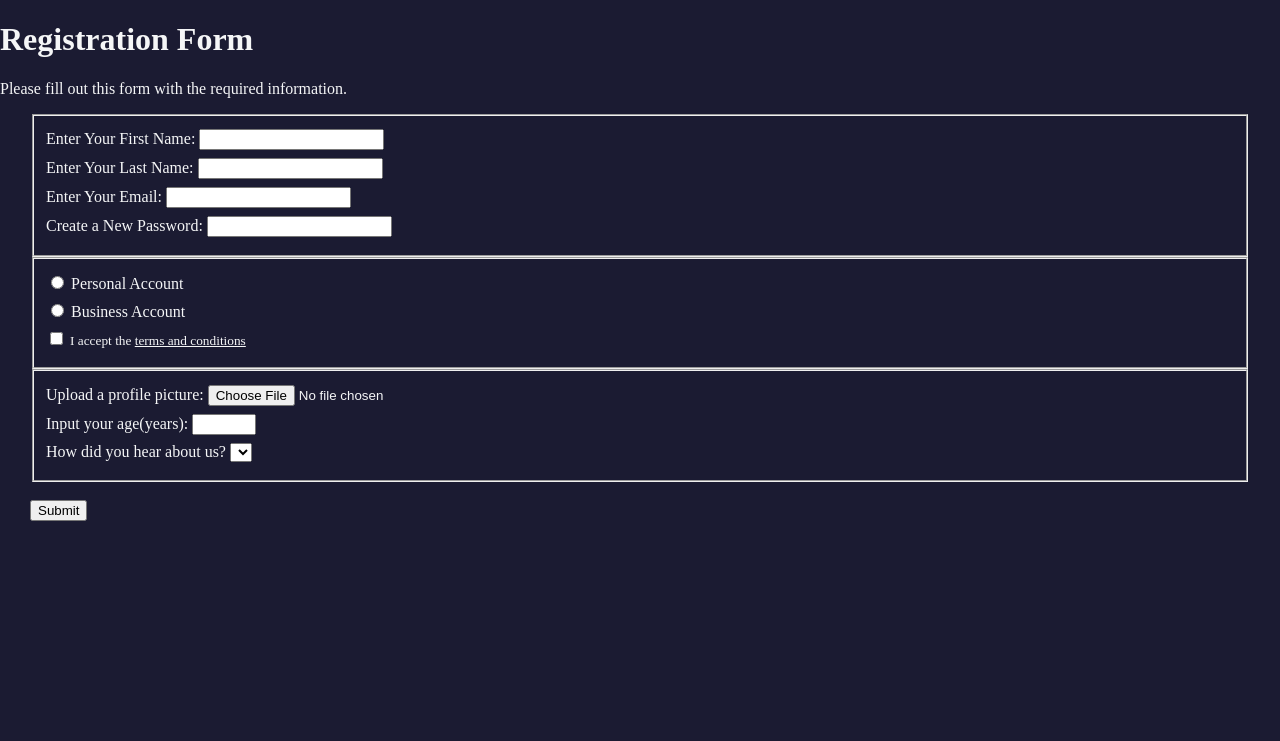
Repository: Lungdjos/registration_form
Page: index.html
The author's editor kept a copy of each file at every save. The page is drawn from the files as they stood at one save, then again after the next save.
The browser window is 1280 px wide. The pictures show the whole page.

Above is the page before, as saved 2023-09-28 15:49:56.

After the next save:
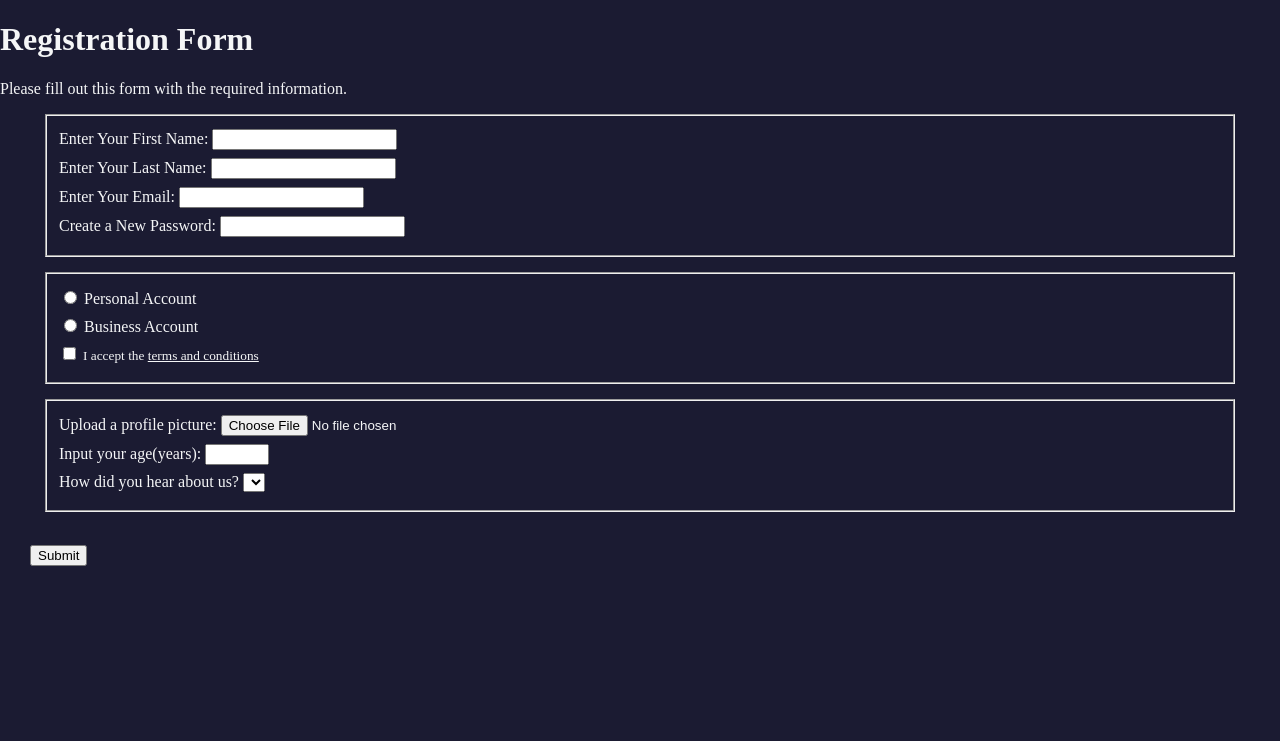
Saved 12 s later.
--- a/indexStyles.css
+++ b/indexStyles.css
@@ -23,5 +23,5 @@
 }
 
 fieldset {
-    margin:
+    margin: 15px
 }

After the 3 saves that followed:
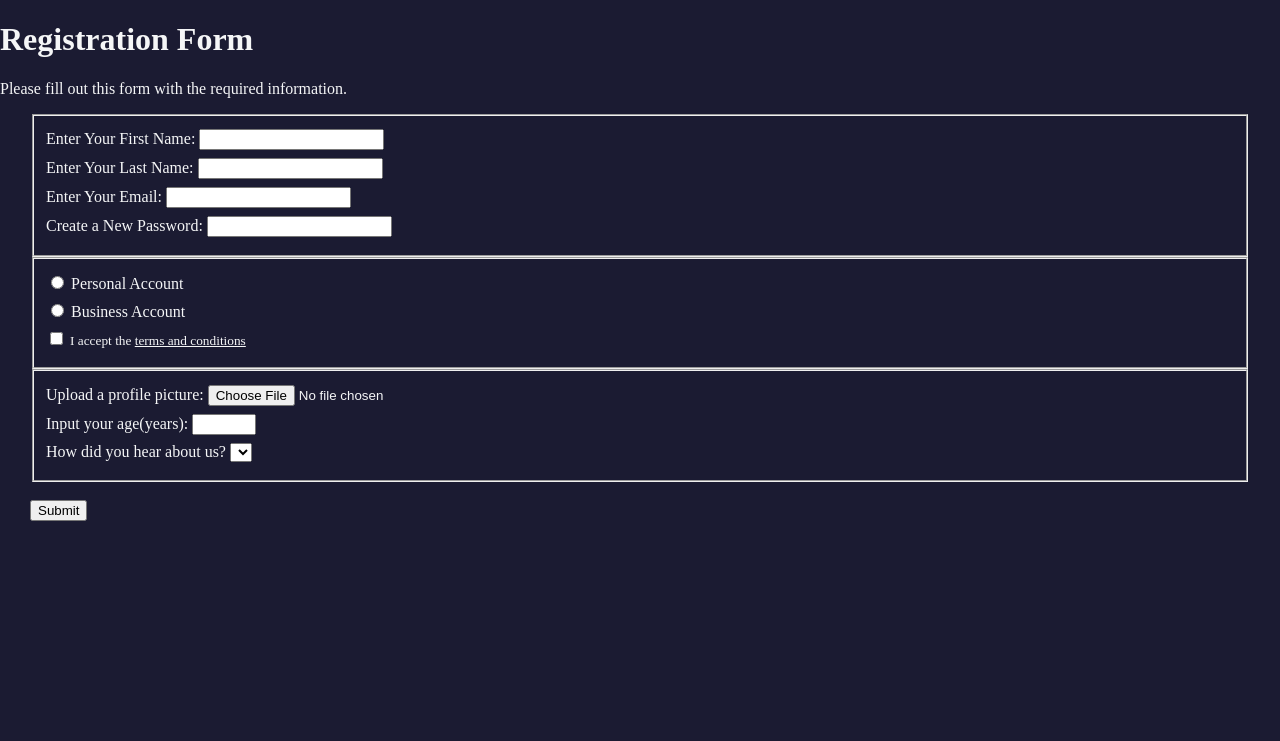
The 3 saves are shown as one change because they came seconds apart.
The last was saved 9 s later.
--- a/indexStyles.css
+++ b/indexStyles.css
@@ -23,5 +23,5 @@
 }
 
 fieldset {
-    margin: 15px
+    margin: 15px 0px 15px0px
 }
